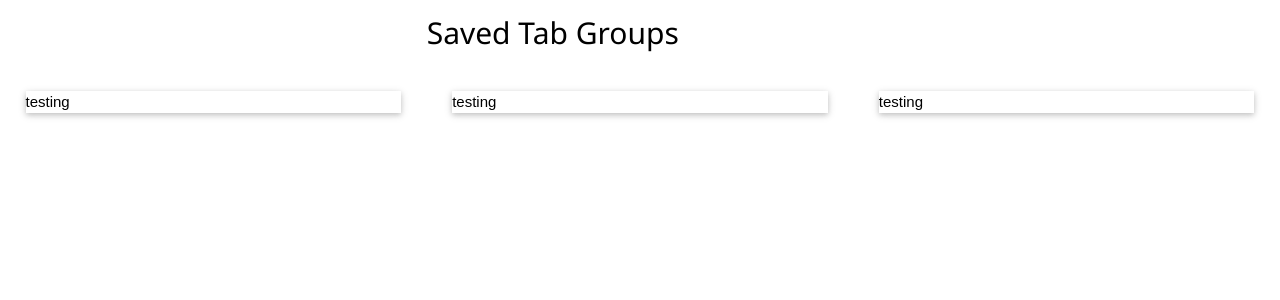
Repository: pixman92/GitTab
Page: background.html
These files come from the project's save history. The page is drawn as it stood at one moment and after the next save; the edit follows.
The browser window is 1280 px wide. The pictures show the whole page.

Above is the page before, as saved 2020-02-13 21:39:22.
Console error: SyntaxError: Unexpected token '.'

After the next save:
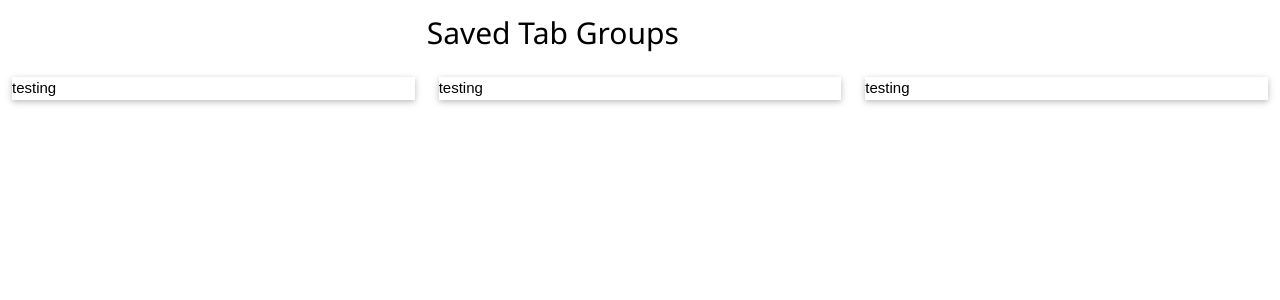
Saved 32 s later.
--- a/styles.css
+++ b/styles.css
@@ -18,5 +18,9 @@
 
 .margMe{
     margin:.8em;
+}
+
+.innerPad{
     padding: .9em;
+
 }
